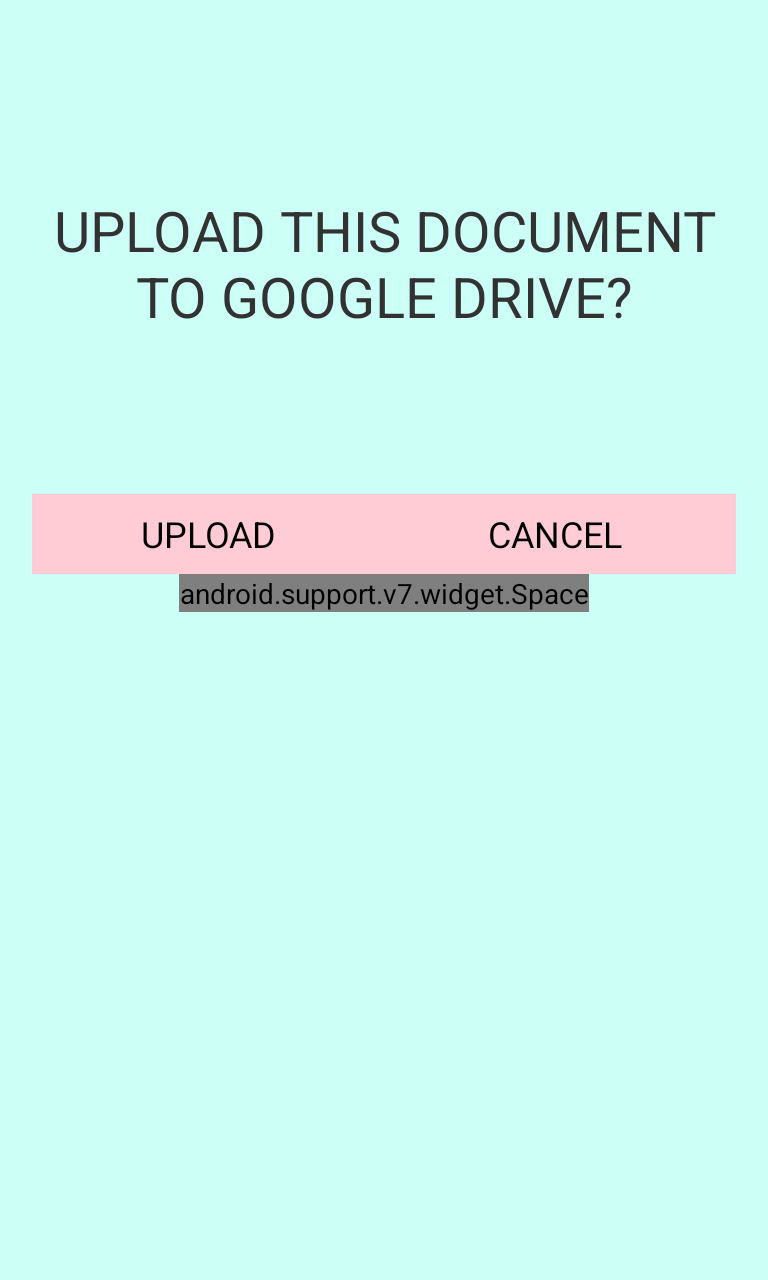
Repository: nick11roberts/Moka-Scanr
Layout: Document Uploader/res/layout/activity_preview.xml
An editor plug-in stored every save of this project. The layout is shown before and after the next save, followed by the edit.
Pictures or frames that could not be fetched are drawn as grey boxes. It is drawn on a 768 x 1280 px phone screen (xhdpi) without system bars, with theme android:Theme.Holo.Light.NoActionBar; the app's code is not run. The app's manifest (not shown) leaves right-to-left support off. So textAlignment, textDirection and layoutDirection are ignored, and left and right values win over start and end ones.

Above is the layout before, as saved 2014-05-31 00:46:53.

### Document Uploader/res/layout/activity_preview.xml
<LinearLayout xmlns:android="http://schemas.android.com/apk/res/android"
    xmlns:tools="http://schemas.android.com/tools"
    android:layout_width="match_parent"
    android:layout_height="match_parent"
    android:background="@color/bg_color"
    android:baselineAligned="true"
    android:gravity="center_horizontal"
    android:orientation="vertical"
    android:paddingBottom="@dimen/activity_vertical_margin"
    android:paddingLeft="@dimen/activity_horizontal_margin"
    android:paddingRight="@dimen/activity_horizontal_margin"
    android:paddingTop="@dimen/activity_vertical_margin"
    tools:context=".MainActivity" >

    <TextView
        android:layout_width="wrap_content"
        android:layout_height="wrap_content"
        android:paddingBottom="80dp"
        android:paddingTop="80dp"
        android:text="@string/preview_heading"
        android:textAlignment="center"
        android:gravity="center"
        android:textAllCaps="true"
        android:textSize="28sp" />

    <TableRow
        android:id="@+id/tableRow1"
        android:layout_width="fill_parent"
        android:layout_height="wrap_content"
        android:shrinkColumns="*"
		android:stretchColumns="*"  >

        <Button
            android:id="@+id/uploadButton"
            android:layout_width="120dp"
            android:layout_height="40dp"
            android:background="@color/button_color"
            android:gravity="center_vertical|center_horizontal"
            android:paddingLeft="5dp"
            android:paddingRight="5dp"
            android:text="@string/preview_button_upload"
            android:textAlignment="center"
            android:layout_weight=".25" />

        <Button
            android:id="@+id/cancelButton"
            android:layout_width="120dp"
            android:layout_height="40dp"
            android:layout_weight=".25"
            android:background="@color/button_color"
            android:paddingRight="5dp"
            android:text="@string/preview_button_cancel"
            android:textAlignment="center" />

    </TableRow>

    <android.support.v7.widget.Space
        android:id="@+id/space1"
        android:layout_width="wrap_content"
        android:layout_height="wrap_content" />

</LinearLayout>

### Document Uploader/res/values/colors.xml
<?xml version="1.0" encoding="utf-8"?>
<resources>
   <color name="button_color">#FFCCD5</color>
   <color name="bg_color">#CCFFF6</color>
   <color name="border_color">#000000</color>
</resources>

### Document Uploader/res/values/strings.xml
<?xml version="1.0" encoding="utf-8"?>
<resources>

    <string name="app_name">PDF-Drive</string>
    <string name="action_settings">Settings</string>

    <!-- MAIN ACTIVITY -->
    <string name="main_heading">Upload a new PDF?</string>
    <string name="main_button_upload">BEGIN</string>

    <!-- OPTIONS ACTIVITY -->
    <string name="options_heading">Upload options</string>
    <string name="options_pages">Number of pages?</string>
    <string name="options_title">Title?</string>
    <string name="options_folder">Folder? (optional)</string>
    <string name="options_button_go">CONTINUE</string>

    <!-- PREVIEW ACTIVITY -->
    <string name="preview_heading">Upload this document to Google Drive?</string>
    <string name="preview_button_upload">UPLOAD</string>
    <string name="preview_button_cancel">CANCEL</string>

</resources>

Loaded but not shown: Document Uploader/res/values/dimens.xml (common file); Document Uploader/res/values-w820dp/dimens.xml (common file)

After the next save:
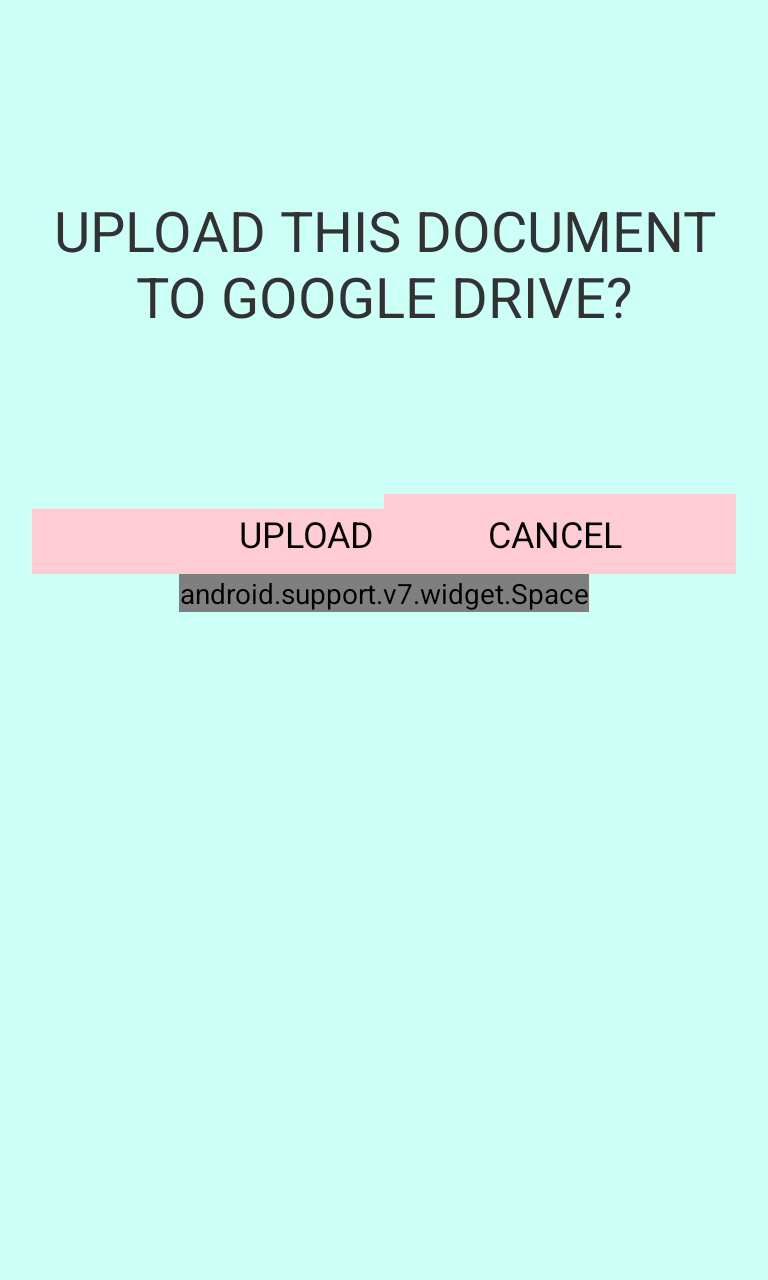
Saved 32 s later.
--- a/Document Uploader/res/layout/activity_preview.xml
+++ b/Document Uploader/res/layout/activity_preview.xml
@@ -35,7 +35,7 @@
             android:layout_width="120dp"
             android:layout_height="40dp"
             android:background="@color/button_color"
-            android:gravity="center_vertical|center_horizontal"
+            android:gravity="right"
             android:paddingLeft="5dp"
             android:paddingRight="5dp"
             android:text="@string/preview_button_upload"
